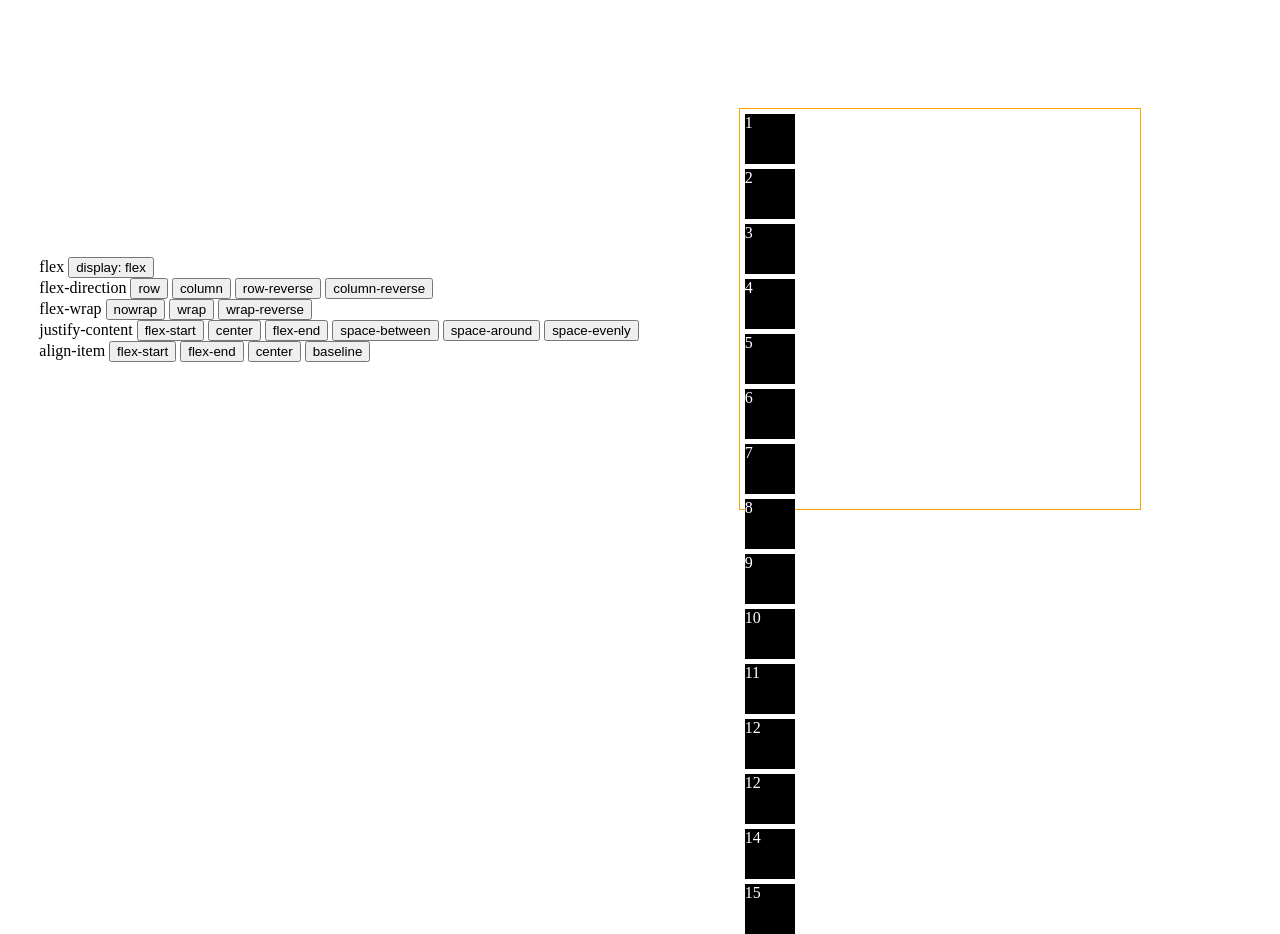
Repository: eeoooo/MINI-PROJECTS-HTML-CSS
Page: 220730-PracticeCSSFlex/index.html
The author's editor kept a copy of each file at every save. The page is drawn from the files as they stood at one save, then again after the next save.
The browser window is 1280 px wide. The pictures show the whole page.

Above is the page before, as saved 2022-07-30 20:05:25.

### 220730-PracticeCSSFlex/index.html
<!DOCTYPE html>
<html lang="en">
<head>
    <meta charset="UTF-8">
    <meta http-equiv="X-UA-Compatible" content="IE=edge">
    <meta name="viewport" content="width=device-width, initial-scale=1.0">
    <link rel="stylesheet" href="style.css">
    <script defer src="main.js"></script>
    <title>Document</title>
</head>
<body>
    <div class="buttons">
        <span class="flexSpan">flex</span>
        <button class="flexButton">display: flex</button>
        <div class="flex-directions">
            <span class="flex-direction">flex-direction</span>
            <button class="flex-direction-row">row</button>
            <button class="flex-direction-column">column</button>
            <button class="flex-direction-row-reverse">row-reverse</button>
            <button class="flex-direction-column-reverse">column-reverse</button>
        </div>
        <div class="flex-wraps">
            <span class="flex-wrap">flex-wrap</span>
            <button class="flex-wrap-nowrap">nowrap</button>
            <button class="flex-wrap-wrap">wrap</button>
            <button class="flex-wrap-wrap-reverse">wrap-reverse</button>
        </div>
        <div class="justify-contents">
            <span class="justify-content">justify-content</span>
            <button class="justify-content-flex-start">flex-start</button>
            <button class="justify-content-center">center</button>
            <button class="justify-content-flex-end">flex-end</button>
            <button class="justify-content-space-between">space-between</button>
            <button class="justify-content-space-around">space-around</button>
            <button class="justify-content-space-evenly">space-evenly</button>
        </div>
        <div class="align-items">
            <span class="align-item">align-item</span>
            <button class="align-item-flex-start">flex-start</button>
            <button class="align-item-flex-end">flex-end</button>
            <button class="align-item-center">center</button>
            <button class="align-item-baseline">baseline</button>
        </div>
    </div>
    <div class="container">
        <div class="box">1</div>
        <div class="box">2</div>
        <div class="box">3</div>
        <div class="box">4</div>
        <div class="box">5</div>
        <div class="box">6</div>
        <div class="box">7</div>
        <div class="box">8</div>
        <div class="box">9</div>
        <div class="box">10</div>
        <div class="box">11</div>
        <div class="box">12</div>
        <div class="box">12</div>
        <div class="box">14</div>
        <div class="box">15</div>
    </div>
</body>
</html>

### 220730-PracticeCSSFlex/style.css
body {
  display: flex;
  justify-content: center;
  align-items: center;
}
.container {
  width: 400px;
  height: 400px;
  border: 1px solid orange;
  margin: 100px;
}
.box {
  width: 50px;
  height: 50px;
  background-color: black;
  color: white;
  margin: 5px;
}

### 220730-PracticeCSSFlex/main.js
let container = document.querySelector('.container');
let boxes = document.querySelectorAll('.box');

let buttonFlex = document.querySelector('.flexButton');
let buttonsFlexDirection = document.querySelector('.flex-directions');
let buttonsFlexWrap = document.querySelector('.flex-wraps');
let buttonsJustifyContent = document.querySelector('.justify-contents');
let buttonsAlignItem = document.querySelector('.align-items');

let clicked = ''
function setClicked(clickedItem){
    if (clicked){
        clicked.style.backgroundColor = '';}
    clickedItem.style.backgroundColor = 'lightBlue';
    clickedItem.style.border = '1px solid gray';
    clickedItem.style.borderRadius = '3px';
    clicked = clickedItem;
}
buttonFlex.addEventListener('click', ()=>{
    if( container.style.display == 'flex'){
        container.style.display = '';
        buttonFlex.textContent = 'display: flex';
        setClicked(buttonFlex);
    } else if (container.style.display == ''){
        container.style.display = 'flex';
        buttonFlex.textContent = 'display: block';
        setClicked(buttonFlex);
    }
})

buttonsFlexDirection.addEventListener('click', event => {
    if (event.target.tagName == 'BUTTON'){
        switch (event.target.attributes.class.value){
            case 'flex-direction-row':
                container.style.flexDirection = 'row';
                break
            case 'flex-direction-column':
                container.style.flexDirection = 'column';
                break
            case 'flex-direction-row-reverse':
                container.style.flexDirection = 'row-reverse';
                break
            case 'flex-direction-column-reverse':
                container.style.flexDirection = 'column-reverse';
                break
        }
        setClicked(event.target);
    }
})

buttonsFlexWrap.addEventListener('click',(event)=>{
    if (event.target.tagName == 'BUTTON'){
        switch (event.target.attributes.class.value){
            case 'flex-wrap-nowrap':
                container.style.flexWrap = 'nowrap';
                break
            case 'flex-wrap-wrap':
                container.style.flexWrap = 'wrap';
                break
            case 'flex-wrap-wrap-reverse':
                container.style.flexWrap = 'wrap-reverse';
                break
        }
        setClicked(event.target);
    }
})

buttonsJustifyContent.addEventListener('click', event => {
    if (event.target.tagName == 'BUTTON'){
        switch (event.target.attributes.class.value){
            case 'justify-content-flex-start':
                container.style.justifyContent = 'flex-start';
                break
            case 'justify-content-flex-end':
                container.style.justifyContent = 'flex-end';
                break
            case 'justify-content-center':
                container.style.justifyContent = 'center';
            case 'justify-content-space-between':
                container.style.justifyContent = 'space-between';
                break
            case 'justify-content-space-around':
                container.style.justifyContent = 'space-around';
                break
            case 'justify-content-space-evenly':
                container.style.justifyContent = 'space-evenly';
                break
    }
        setClicked(event.target);
    }
})

buttonsAlignItem.addEventListener('click', event => {
    if (event.target.tagName == 'BUTTON'){
        switch (event.target.attributes.class.value){
            case 'align-item-flex-start':
                container.style.alignItem = 'flex-start';
                break
            case 'align-item-flex-end':
                container.style.alignItem = 'flex-end';
                break
            case 'align-item-center':
                container.style.alignItem = 'center';
                break
            case 'align-item-baseline':
                container.style.alignItem = 'baseline';
                break
    }
        setClicked(event.target);
    }
})

After the next save:
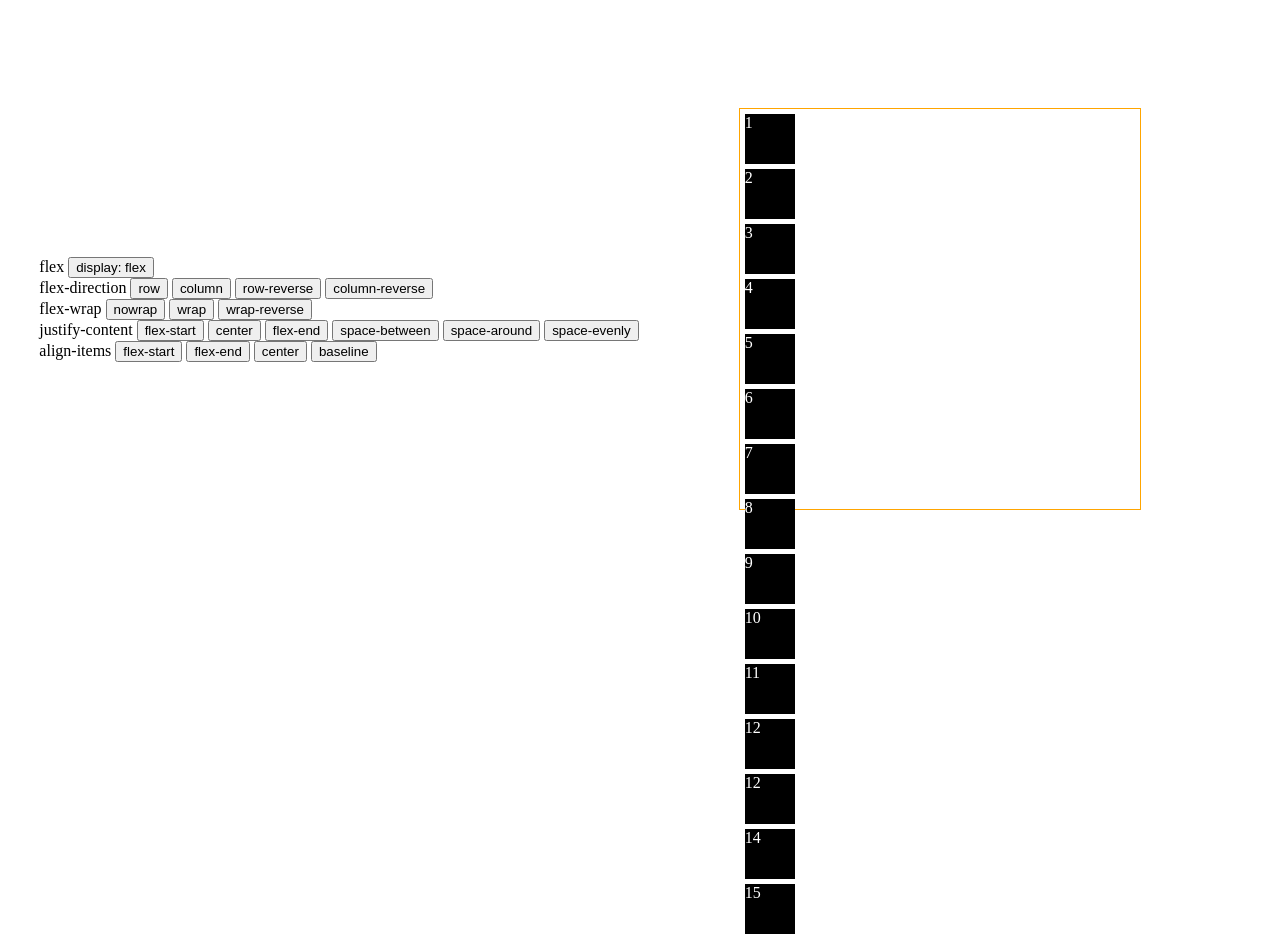
Saved 56 s later.
--- a/220730-PracticeCSSFlex/index.html
+++ b/220730-PracticeCSSFlex/index.html
@@ -35,11 +35,11 @@
             <button class="justify-content-space-evenly">space-evenly</button>
         </div>
         <div class="align-items">
-            <span class="align-item">align-item</span>
-            <button class="align-item-flex-start">flex-start</button>
-            <button class="align-item-flex-end">flex-end</button>
-            <button class="align-item-center">center</button>
-            <button class="align-item-baseline">baseline</button>
+            <span class="align-items">align-items</span>
+            <button class="align-items-flex-start">flex-start</button>
+            <button class="align-items-flex-end">flex-end</button>
+            <button class="align-items-center">center</button>
+            <button class="align-items-baseline">baseline</button>
         </div>
     </div>
     <div class="container">
